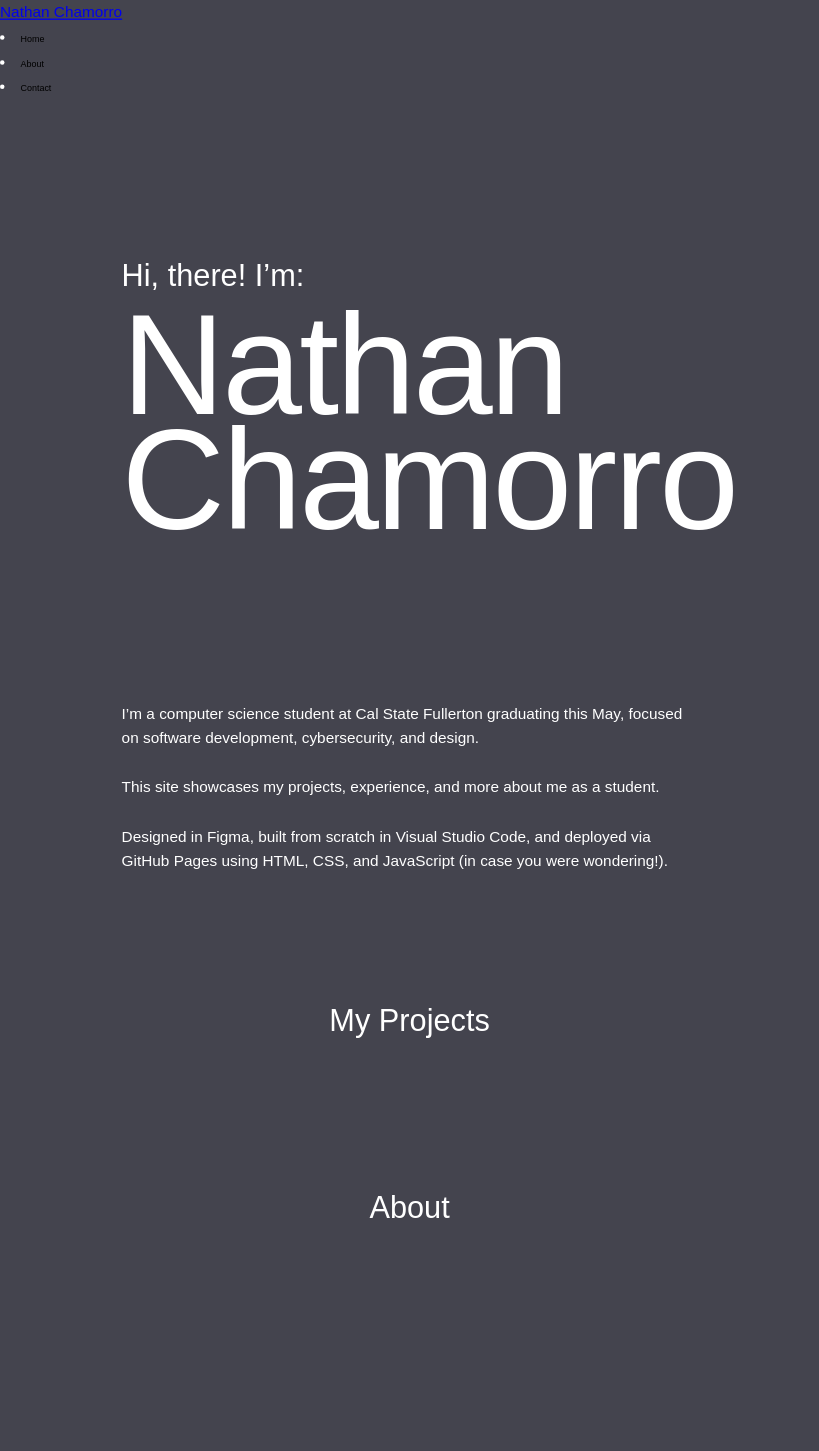
Repository: nathanchamorro1/nathanchamorro1.github.io
Page: index.html
The author's editor kept a copy of each file at every save. The page is drawn from the files as they stood at one save, then again after the next save.
The browser window is 1280 px wide. The pictures show the whole page, at 64% of full size.
Some web fonts or font styles are not loaded; a fallback is used.

Above is the page before, as saved 2026-02-17 17:11:34.

After the next save:
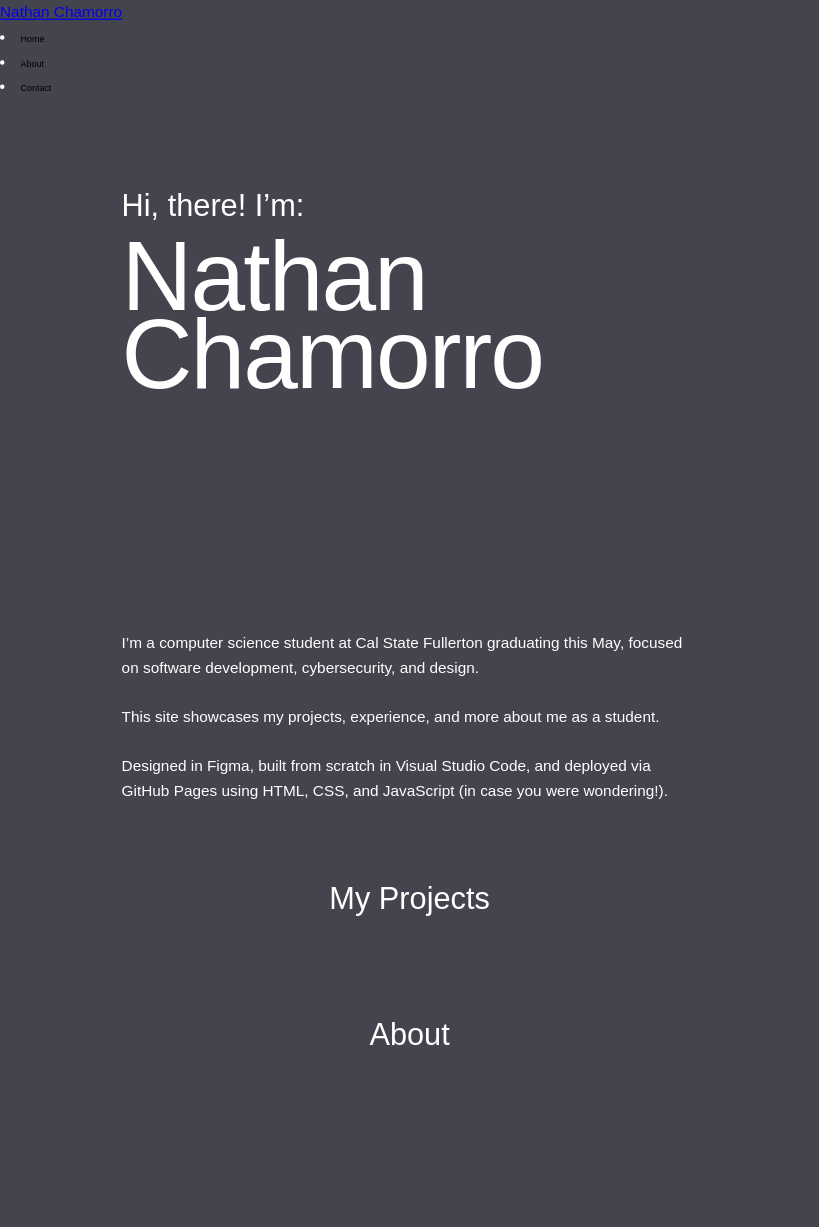
Saved 74 s later.
--- a/css/style.css
+++ b/css/style.css
@@ -14,7 +14,7 @@ body {
   max-width: 900px;
   margin: 0 auto;
   padding: 0 40px;
-  padding-top: 80px;
+  padding-top: 0;
   display: flex;
   flex-direction: column;
   gap: 40px;
@@ -26,14 +26,14 @@ body {
     align-items: flex-start;
     flex-direction: column;
     justify-content: flex-start;
-    padding-top: 120px;
+    padding-top: 90px;
     text-align: left;
 }
 
 h1 {
     color: white;
     font-family: "instrument-serif", sans-serif;
-    font-size: 14rem;
+    font-size: clamp(4.5rem, 12vw, 14rem);
     font-weight: 400;
     font-variation-settings: "wght" 400;
     line-height: 0.8;
@@ -85,8 +85,8 @@ h3 {
     margin: 0 auto;
     display: flex;
     justify-content: space-between;
-    align-items: left;
-    padding: 15px 20px
+    align-items: flex-start;
+    padding: 15px 20px;
 }
 
 .nav-menu {
